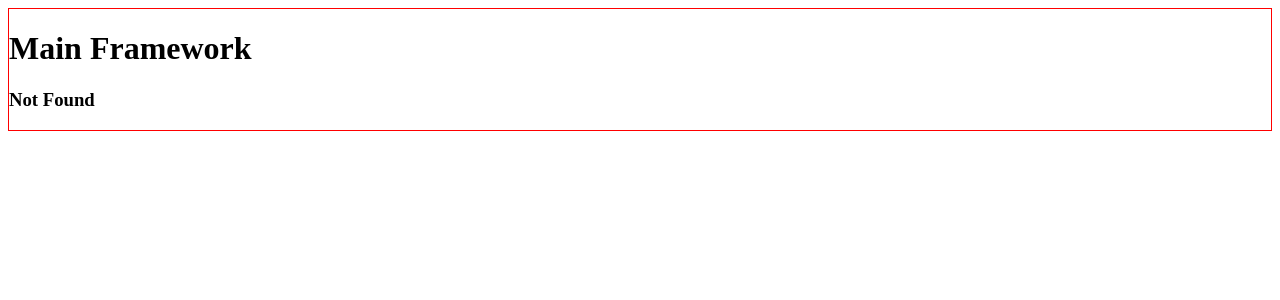
Repository: GregorPiev/angularjs-add-book
Page: index.html
The author's editor kept a copy of each file at every save. The page is drawn from the files as they stood at one save, then again after the next save.
The browser window is 1280 px wide. The pictures show the whole page.

Above is the page before, as saved 2020-09-23 16:51:12.

### index.html
<!DOCTYPE html>
<html lang="en" ng-app="addBook">
	<head>
		<meta charset="UTF-8" />
		<meta name="viewport" content="width=device-width, initial-scale=1.0" />
		<title>Add Book - Test AngularJS</title>
		<base href="/" />
		<link href="node_modules/bootstrap/dist/css/bootstrap.min.css" />
	</head>
	<body>
		<div class="container-fluid" style="border: solid 1px red">
			<div class="row">
				<div
					class="col-md-10 col-md-offset-1 col-sm-10 col-sm-offset-1 col-lg-10 col-lg-offset-1"
				>
					<main></main>
				</div>
			</div>
		</div>

		<!-- <subgenre></subgenre>
		<add-subgenre></add-subgenre>
		<add-book-item></add-book-item> -->

		<script src="node_modules/angular/angular.min.js"></script>
		<script src="node_modules/angular-route/angular-route.min.js"></script>
		<script src="node_modules/angular-resource/angular-resource.min.js"></script>

		<script src="app/app.module.js"></script>
		<script src="app/app.config.js"></script>

		<script src="app/main/main.module.js"></script>
		<script src="app/main/main.component.js"></script>
		<script src="app/main/component/main.controller.js"></script>

		<script src="app/genre/genre.module.js"></script>
		<script src="app/genre/genre.component.js"></script>
		<script src="app/genre/component/genre.controller.js"></script>

		<script src="app/subgenre/subgenre.module.js"></script>
		<script src="app/subgenre/subgenre.component.js"></script>
		<script src="app/subgenre/component/subgenre.controller.js"></script>

		<script src="app/add-subgenre/add-subgenre.module.js"></script>
		<script src="app/add-subgenre/add-subgenre.component.js"></script>
		<script src="app/add-subgenre/component/add-subgenre.controller.js"></script>

		<script src="app/add-book/add-book.module.js"></script>
		<script src="app/add-book/add-book.component.js"></script>
		<script src="app/add-book/component/add-book.controller.js"></script>

		<script src="app/service/service.module.js"></script>
		<script src="app/service/service.service.js"></script>
	</body>
</html>

### app/app.module.js
'use strict'
angular.module('addBook', [
    'ngRoute',
    'ngResource',

    'main',
    'genre',
    'subgenre',
    'addSubgenre',
    'addBookItem'
]);

### app/app.config.js
'use strict'
angular.module('addBook')
    .config(function (
        $locationProvider,
        $routeProvider
    ) {
        console.info("Config");
        $locationProvider.html5Mode({ enabled: true });
        $routeProvider
            .when('/', {
                template: "<genre></genre>"
            })
            .when('/subgenre/:id', {
                template: '<subgenre></subgenre>'
            })
            .when('/add-subgenre/:id', {
                template: '<add-subgenre></add-subgenre>'
            })
            .when('/add-book', {
                template: '<add-book-item></add-book-item>'
            })
            .otherwise({
                template: '<h3>Not Found</h3>'
            })
    });

### app/main/main.module.js
'use strict'
angular.module('main', []);

### app/main/main.component.js
angular.module('main')
    .component('main', {
        templateUrl: '/app/main/component/main.template.html',
        controller: 'mainController',
        controllerAs: 'Main'
    })

### app/main/component/main.controller.js
'use strict'
angular.module('main')
    .controller('mainController', function ($scope) {
        $scope.title = 'Main Framework'
    })

### app/genre/genre.module.js
'use strict'
angular.module('genre', ['service']);

### app/genre/genre.component.js
angular.module('genre')
    .component('genre', {
        templateUrl: '/app/genre/component/genre.template.html',
        controller: 'genreController',
        controllerAs: 'Genre'
    })

### app/genre/component/genre.controller.js
angular.module('genre')
    .controller('genreController', function ($scope, Service) {
        $scope.title = 'Genre';
        $scope.genreList = [];
        console.log('genreController');
        // console.log('Data:', Service.query());

        Service.query(function (data) {
            angular.forEach(data['genres'], function (item, index) {
                // console.log('item:', item)
                var genreItem = {
                    id: item.id,
                    name: item.name
                }
                // console.log('genreItem:', genreItem)
                $scope.genreList.push(genreItem);
            })
        });
    })

### app/subgenre/subgenre.module.js
'use strict'
angular.module('subgenre', []);

### app/subgenre/subgenre.component.js
angular.module('subgenre')
    .component('subgenre', {
        templateUrl: '/app/subgenre/component/subgenre.template.html',
        controller: 'subgenreController'
    })

### app/subgenre/component/subgenre.controller.js
angular.module('subgenre')
    .controller('subgenreController', function ($scope, $routeParams) {
        console.log('subgenreController')
        var id = $routeParams.id | 5;
        $scope.title = `SubGenre ${id}`;
    })

### app/add-subgenre/add-subgenre.module.js
'use strict'
angular.module('addSubgenre', []);

### app/add-subgenre/add-subgenre.component.js
'use strict'
angular.module('addSubgenre')
    .component('addSubgenre', {
        templateUrl: '/app/add-subgenre/component/add-subgenre.template.html',
        controller: 'addSubgenreController'
    })

### app/add-subgenre/component/add-subgenre.controller.js
'use strict'
angular.module('addSubgenre')
    .controller('addSubgenreController', function ($scope, $routeParams) {
        console.log('addSubgenreController')
        var id = $routeParams.id | 10;
        $scope.title = `Add Subgenre: ${id}`;
    });

### app/add-book/add-book.module.js
'use strict'
angular.module('addBookItem', []);

### app/add-book/add-book.component.js
'use strict'
angular.module('addBookItem')
    .component('addBookItem', {
        templateUrl: '/app/add-book/component/add-book.template.html',
        controller: 'addBookItemController'
    });

### app/add-book/component/add-book.controller.js
'use strict'
angular.module('addBookItem')
    .controller('addBookItemController', function ($scope, $routeParams) {
        console.log('addBookItemController')
        $scope.title = 'Add Book'
    });

### app/service/service.module.js
'use strict'
angular.module('service', []);

### app/service/service.service.js
'use strict'
angular.module('service')
    .factory('Service', function ($resource) {
        console.log('Service')
        var url = '/data/data.json';

        return $resource(url, {}, {
            query: {
                method: "GET",
                params: {},
                isArray: false,
                cache: false
            },
            get: {
                method: "GET",
                isArray: true,
                cache: false
            }
        })


    })

### app/main/component/main.template.html
<h1>{{ title }}</h1>
<div ng-view></div>

Loaded but not shown: node_modules/angular/angular.min.js (library); node_modules/angular-route/angular-route.min.js (library); node_modules/angular-resource/angular-resource.min.js (library)

After the next save:
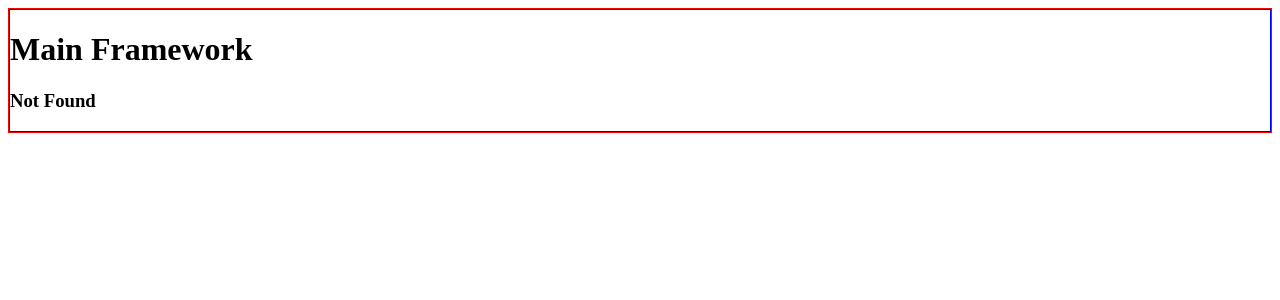
Saved 24 s later.
--- a/index.html
+++ b/index.html
@@ -13,7 +13,7 @@
 				<div
 					class="col-md-10 col-md-offset-1 col-sm-10 col-sm-offset-1 col-lg-10 col-lg-offset-1"
 				>
-					<main></main>
+					<main style="border: solid 1px blue"></main>
 				</div>
 			</div>
 		</div>
